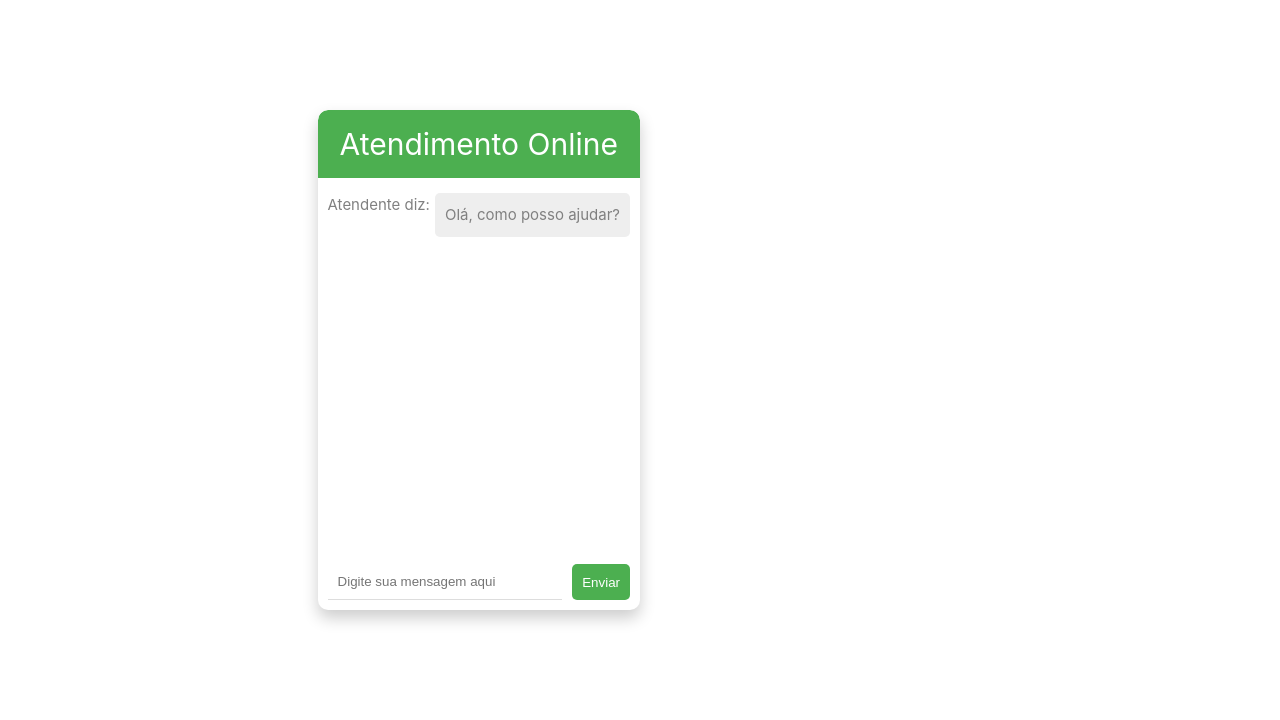
Repository: GabrielGuinzani/vueChat
Page: /
An editor plug-in stored every save of this project. The page is shown before and after the next save, followed by the edit.
The browser window is 1280 px wide. The pictures show the whole page.
Some web libraries are served in a nearby version. The project was rebuilt for these pictures with package versions that can differ from the ones it lists, and the page was loaded fresh each time. Also part of the build but not shown: vite.config.js.

Above is the page before, as saved 2023-04-18 21:30:59.

After the next save:
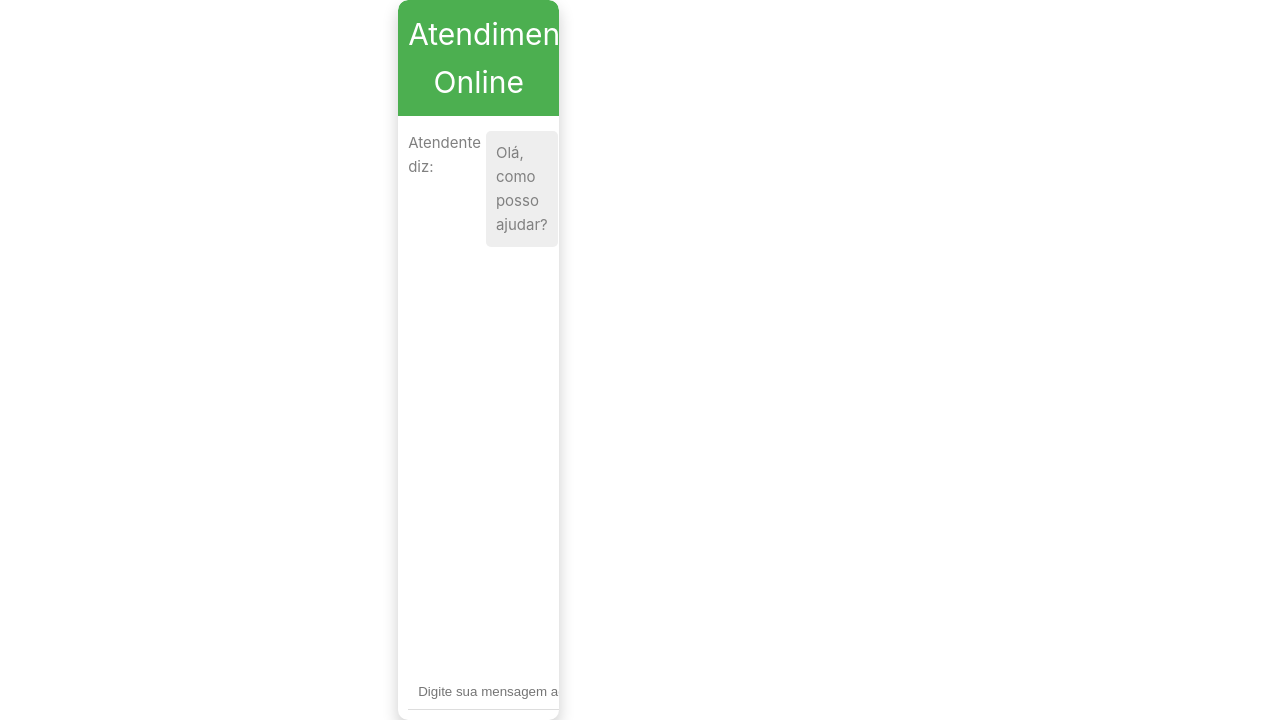
Saved 97 s later.
--- a/src/App.vue
+++ b/src/App.vue
@@ -221,9 +221,9 @@ body {
 
 <style>
   #chat-screen {
-    margin: auto;
-    max-width: 500px;
-    height: 500px;
+    margin: 0 auto;
+    width: 50%;
+    height: 100vh;
     background-color: #fff;
     border-radius: 10px;
     box-shadow: 0 8px 16px 0 rgba(0,0,0,0.2);
@@ -232,7 +232,11 @@ body {
     flex-direction: column;
     justify-content: space-between;
   }
-
+  #chat-screen {
+  width: 50%;
+  height: 100vh;
+  margin: 0 auto;
+}
   .titulo {
     background-color: #4CAF50;
     color: #fff;
